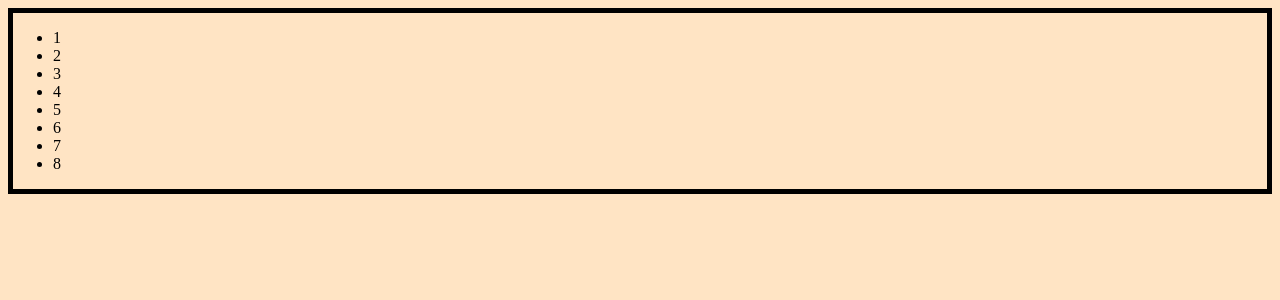
Repository: noahcallen/LAB-calculator
Page: index.html
The author's editor kept a copy of each file at every save. The page is drawn from the files as they stood at one save, then again after the next save.
The browser window is 1280 px wide. The pictures show the whole page.

Above is the page before, as saved 2024-07-09 22:00:36.

After the next save:
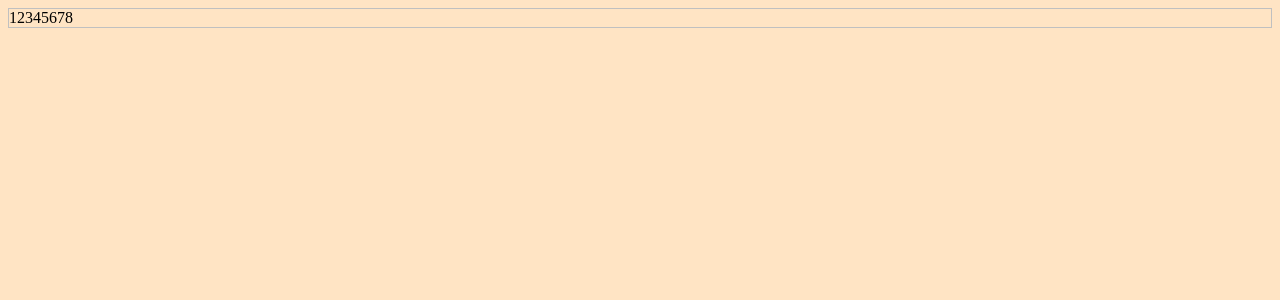
Saved 39 s later.
--- a/main.css
+++ b/main.css
@@ -2,62 +2,21 @@ body {
   background-color: bisque;
 }
 
-.outline {
-  border: solid 5px black;
-
+.flex-container {
+  padding: 0;
+  margin: 0;
+  list-style: none;
+  border: 1px solid silver;
+  -ms-box-orient: horizontal;
+  display: -webkit-box;
+  display: -moz-box;
+  display: -ms-flexbox;
+  display: -moz-flex;
+  display: -webkit-flex;
+  display: flex;
 }
 
-.box1 { background:#1abc9c;}
-.box2 { background:#3498db;}
-.box3 { background:#9b59b6;}
-.box4 { background:#34495e;}
-.box5 { background:#f1c40f;}
-.box6 { background:#e67e22;}
-.box7 { background:#e74c3c;}
-.box8 { background:#bdc3c7;}
-.box9 { background:#2ecc71;}
-.box10 { background:#16a085;}
-.box11 { background:#1abc9c;}
-.box12 { background:#3498db;}
-.box13 { background:#9b59b6;}
-.box14 { background:#34495e;}
-.box15 { background:#f1c40f;}
-.box16 { background:#e67e22;}
-.box17 { background:#e74c3c;}
-.box18 { background:#bdc3c7;}
-.box19 { background:#2ecc71;}
-/* Some default styles to make each box visible */
-.box {
-  border: solid 1px black;
-  color:white;
-  font-family: Arial, Helvetica, sans-serif;
-  font-size: 10px;
-  text-align: center;
-  text-shadow:4px 4px 0 rgba(0,0,0,0.1);
-  padding:1px;
-}
-
-.container1 {
-  display: flex;
+.wrap    {
+  -webkit-flex-wrap: wrap;
   flex-wrap: wrap;
 }
-
-.container2 {
-  display: flex;
-  flex-wrap: wrap;
-}
-
-.container3 {
-  display: flex;
-  flex-wrap: wrap;
-}
-
-.container4 {
-  display: flex;
-  flex-wrap: wrap;
-}
-
-.container5 {
-  display: flex;
-  flex-wrap: wrap;
-}
